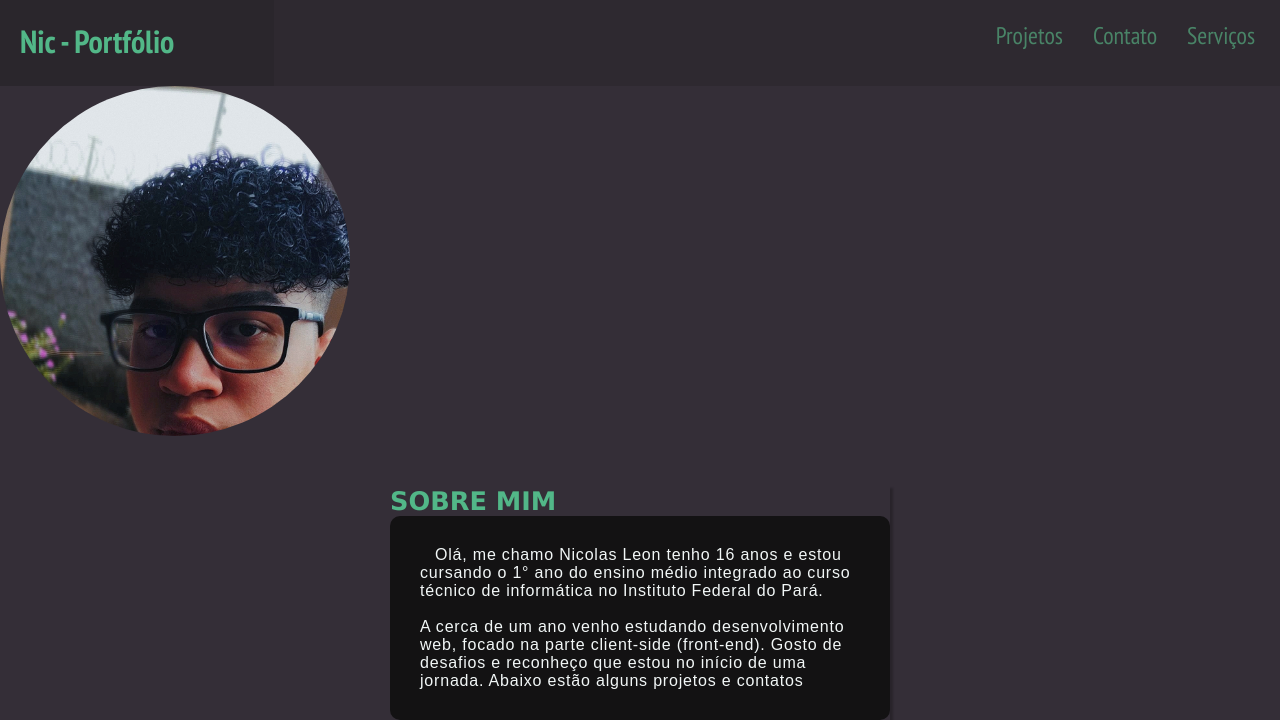
Repository: Leonngc/portfolio
Page: index.html
An editor plug-in stored every save of this project. The page is shown before and after a run of saves, followed by the edit.
The browser window is 1280 px wide. The pictures show the whole page.

Above is the page before, as saved 2022-12-02 23:08:24.

### index.html
<!DOCTYPE html>
<html lang="en">

<head>
    <meta charset="UTF-8">
    <meta http-equiv="X-UA-Compatible" content="IE=edge">
    <meta name="viewport" content="width=device-width, initial-scale=1.0">
    <meta name="keywords" content="portfolio, web, dev, website, desenvolvedor">
    <meta name="description" content="Meu portfolio de desenvolvedor web">
    <title>Nic Portfólio</title>
    <link rel="stylesheet" href="home.css">
</head>

<body>
    <header>
        <h1>Nic - Portfólio</h1>
        <nav class="menu">
            <ul>
                <li><a href="">Projetos</a></li>
                <li><a href="">Contato</a></li>
                <li><a href="">Serviços</a></li>
            </ul>
        </nav>
    </header>
    <section>
        <div class="circle">
            <img src="imgs/foto-perfil.webp" alt="">
        </div>
    </section>

    <section class="text">
        <h2>Sobre mim</h2>
        <p>Olá, me chamo Nicolas Leon tenho 16 anos e estou cursando o 1° ano do ensino médio integrado ao curso técnico de informática no Instituto Federal do Pará. <br> <br>
        A cerca de um ano venho estudando desenvolvimento web, focado na parte client-side (front-end). Gosto de desafios e reconheço que estou no início de uma jornada. Abaixo estão alguns projetos e contatos</p>
    </section>


</body>

</html>

### home.css
@import url('https://fonts.googleapis.com/css2?family=PT+Sans+Narrow:wght@400;700&display=swap');

@import url('https://fonts.googleapis.com/css2?family=Ubuntu+Condensed&display=swap');

:root{
    --background:#342E37;
    --letters: #52B788;
    --font-texts: font-family: 'Ubuntu Condensed', sans-serif;
}
*{
    margin: 0;
    padding: 0;
}
body{
    background-color: var(--background);
    color: var(--letters);
}

header{
    display: flex;
    flex-wrap: wrap;
    justify-content: space-between;
    background-color: #2e2930;
    height: 12vh;
}

header > h1{
    font-family:'PT Sans Narrow', sans-serif;
    margin-left: 0px;
    padding: 20px;
    padding-right: 100px;
    background-color: rgba(0, 0, 0, 0.081);
}

 ul {
    display: flex;
    flex-wrap: wrap;
}

ul > li{
    list-style: none;
    margin: 10px;
}

li > a{
    text-decoration: none;
    color: var(--letters);
    font-family: 'PT Sans Narrow', sans-serif;
    font-size: 1.5em;
    color: #498467;
    padding: 5px;
}

.menu{
    margin-top: 10px;
    margin-right: 10px;
}

li > a:hover{
    text-decoration: underline;
    color: #498480;
}

.circle{
    width: 350px;
    height: 350px;
    border-radius: 50%;
    overflow: hidden;
}

img{
    display: block;
    max-width: 100%;
    align-items:center ;
    background-size: cover;
    background-repeat: no-repeat;
    bac
}

section.text{
    margin: 0px auto;
    margin-top: 50px;
    width: 500px;
    box-shadow: 3px 2px 2px rgba(0, 0, 0, 0.224);
}

section > h2{
    font-family: verdana, sans-serif;
    font-size: 1.6em;
    text-transform: uppercase;
}

section > p{
    border-radius: 10px;
    padding: 30px;
    background-color: #131213;
    color: #f2f7f7;
    font-family: Arial, Helvetica, sans-serif;
    letter-spacing: .8px;
    text-align: left;
    text-indent: 15px;

}

@media  (max-width: 600px) {
    header > h1{
        padding: 15px;
        font-size: 1.6em;
    }
    li > a{
        font-size: 1.2em;
    }
    section{
        width: 320px;
    }
}

After the next 11 saves:
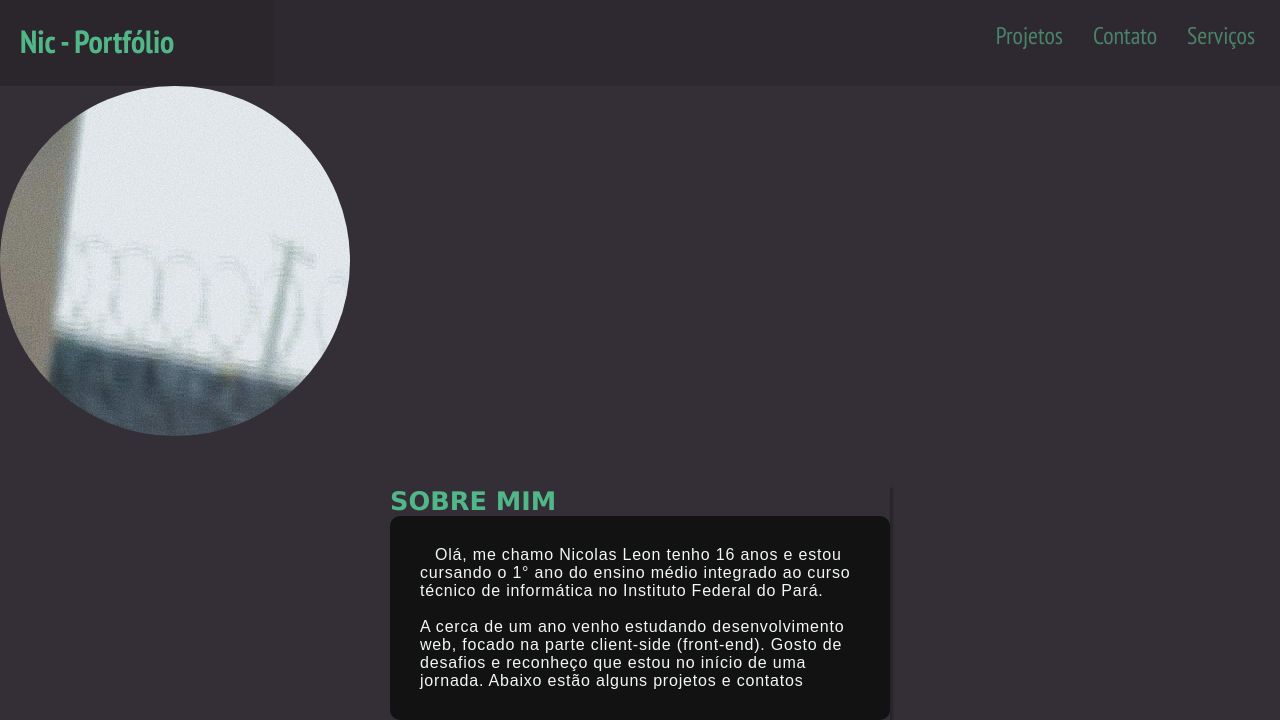
The 11 saves are shown as one change because they came seconds apart.
The last was saved 79 s later.
--- a/home.css
+++ b/home.css
@@ -66,16 +66,10 @@
     height: 350px;
     border-radius: 50%;
     overflow: hidden;
+    background-image: url(imgs/foto-perfil.webp);
+    background-size: cover;
 }
 
-img{
-    display: block;
-    max-width: 100%;
-    align-items:center ;
-    background-size: cover;
-    background-repeat: no-repeat;
-    bac
-}
 
 section.text{
     margin: 0px auto;
